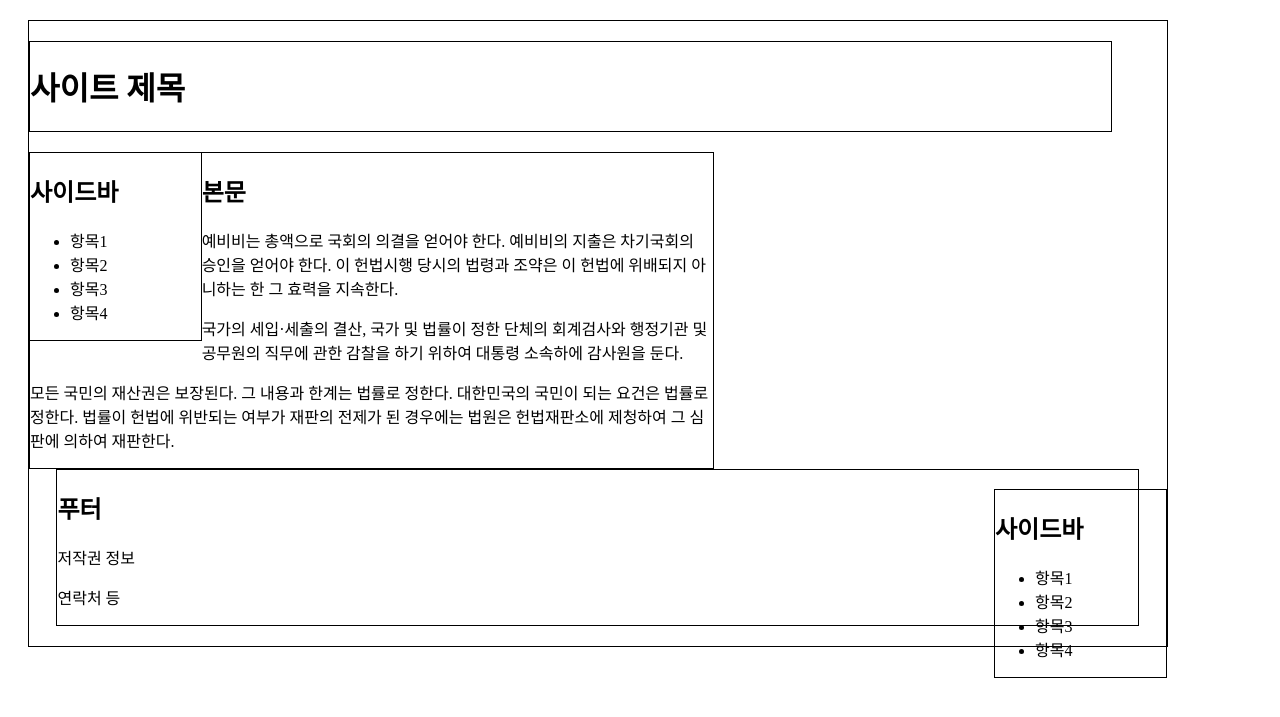
Repository: RyuJelly/java_web
Page: CSS/WebContent/3-layout.html
The author's editor kept a copy of each file at every save. The page is drawn from the files as they stood at one save, then again after the next save.
The browser window is 1280 px wide. The pictures show the whole page.

Above is the page before, as saved 2021-03-08 07:23:32.

After the next save:
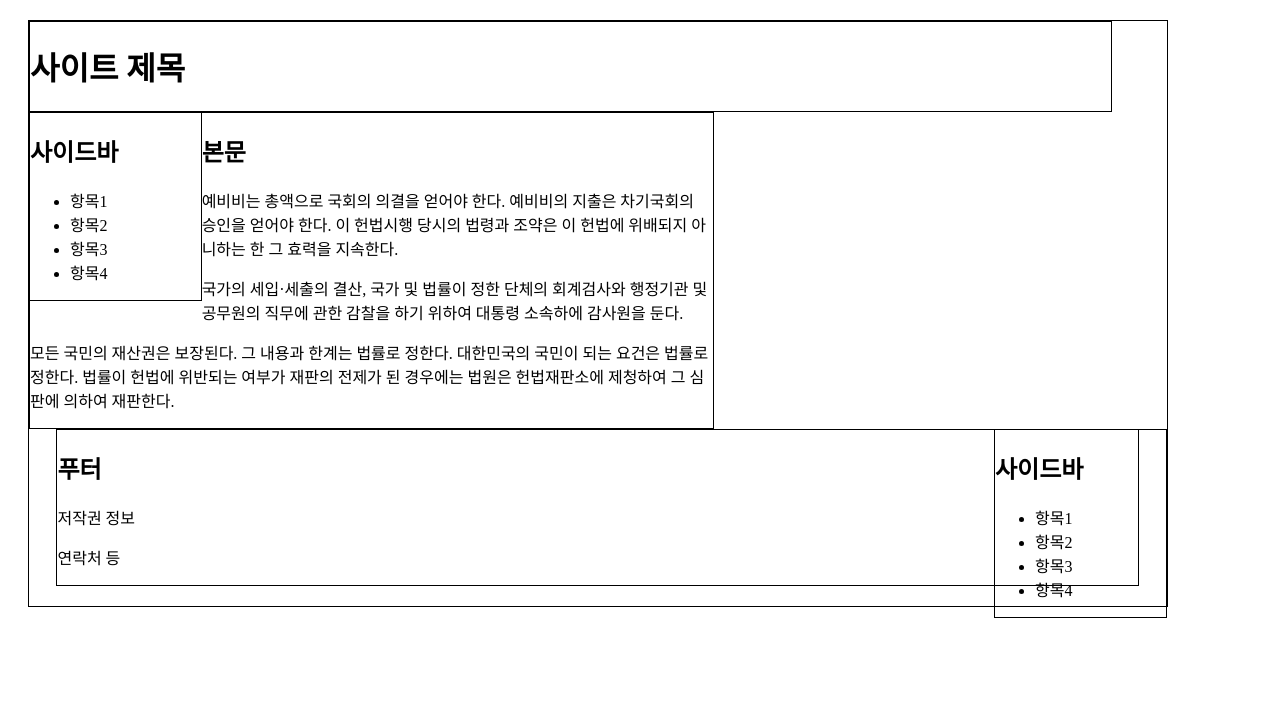
Saved 19 s later.
--- a/CSS/WebContent/3-layout.html
+++ b/CSS/WebContent/3-layout.html
@@ -15,7 +15,6 @@
 				width: 95%;
 				height: 25%;
 				border: 1px solid;
-				margin-top: 20px;
 			}
 
 			#left-sidebar{
@@ -23,7 +22,6 @@
 				height: 30%;
 				border: 1px solid;
 				float: left;
-				margin-top: 20px;
 			}
 
 			#right-sidebar{
@@ -31,14 +29,12 @@
 				height: 30%;
 				border: 1px solid;
 				float: right;
-				margin-top: 20px;
 			}
 
 			#contents{
 				width: 60%;
 				height: 50%;
 				border: 1px solid;
-				margin-top: 20px;
 			}
 
 			#footer{
